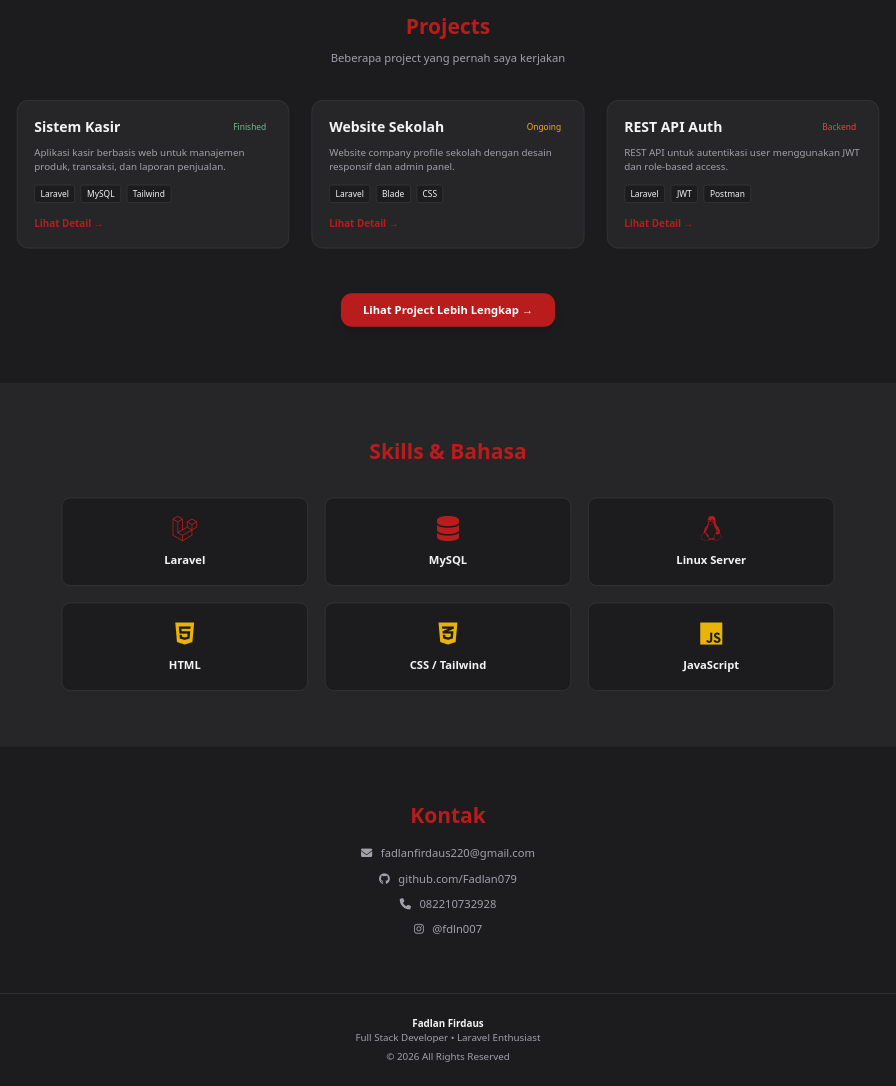
Repository: Fadlan079/Personal-Portfolio
Page: http://localhost/
The author's editor kept a copy of each file at every save. The page is drawn from the files as they stood at one save, then again after the next save.
The browser window is 1280 px wide. The pictures show the part of the page from y = 1627 to 3547 px (the page is 3179 px tall before and 3547 px after), at 70% of full size.
Some web libraries are served in a nearby version. The page is served by the project's Laravel application, run on PHP 8.4 with Laravel 12.

Above is the page before, as saved 2026-01-14 14:25:43.

After the next save:
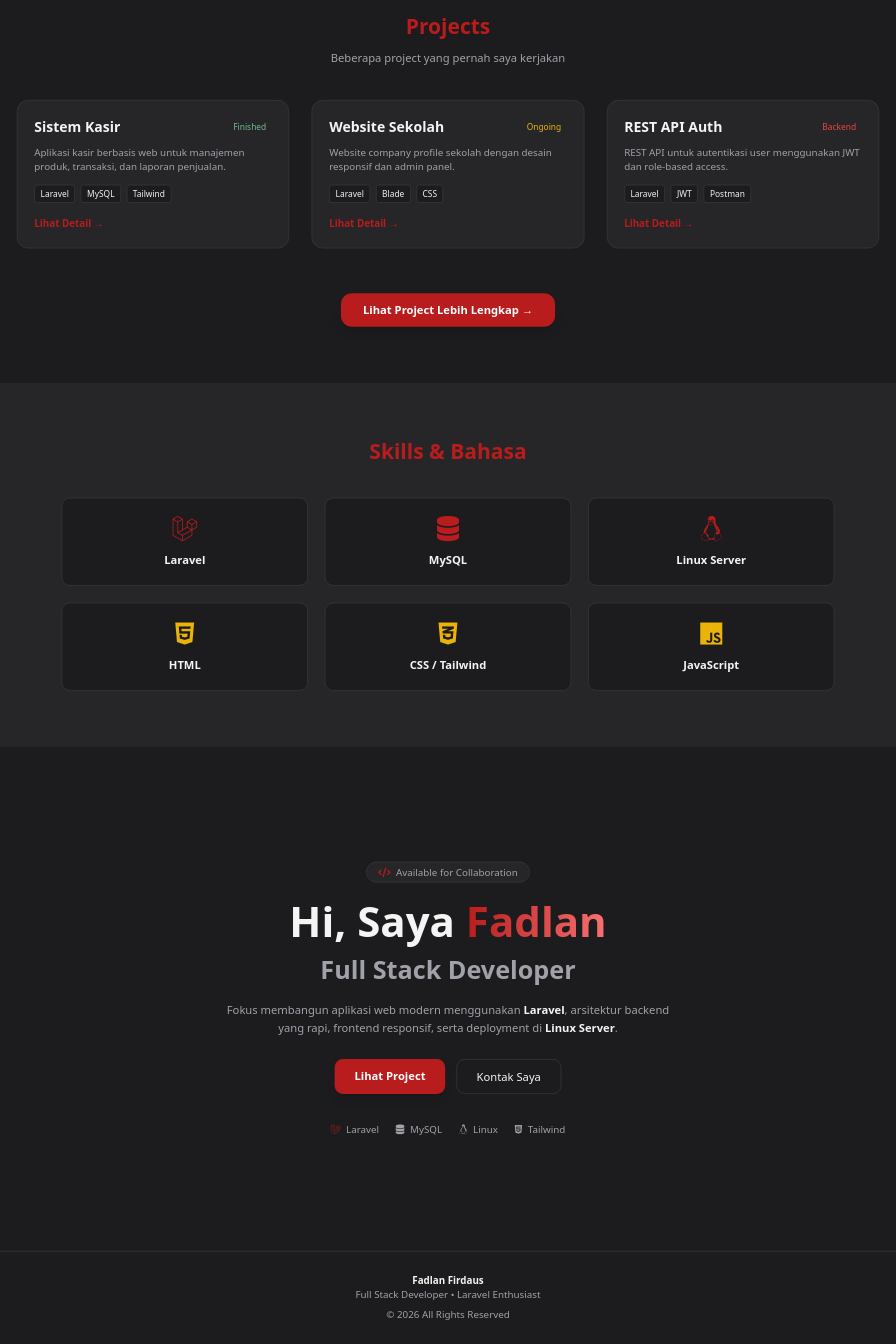
Saved 106 s later.
--- a/resources/views/portofolio.blade.php
+++ b/resources/views/portofolio.blade.php
@@ -336,18 +336,88 @@
   </div>
 </section>
 
-<!-- Contact -->
-<section id="contact" class="py-20">
-  <div class="max-w-xl mx-auto px-6 text-center">
-    <h3 class="text-3xl font-bold mb-6 text-primary">Kontak</h3>
-    <div class="space-y-3 text-muted">
-      <p><i class="fa-solid fa-envelope mr-2"></i> fadlanfirdaus220@gmail.com</p>
-      <p><i class="fa-brands fa-github mr-2"></i> github.com/Fadlan079</p>
-      <p><i class="fa-solid fa-phone mr-2"></i> 082210732928</p>
-      <p><i class="fa-brands fa-instagram mr-2"></i> @fdln007</p>
-    </div>
-  </div>
-</section>
+<!-- Hero -->
+<section
+  id="home"
+  class="relative min-h-screen flex items-center justify-center px-6 overflow-hidden"
+>
+  <!-- Glow Background -->
+  <div class="absolute inset-0 -z-10">
+    <div class="absolute top-1/4 left-1/2 -translate-x-1/2 w-[500px] h-[500px]
+                bg-primary/20 blur-[120px] rounded-full"></div>
+  </div>
+
+  <div class="text-center max-w-3xl">
+    <!-- Badge -->
+    <span
+      class="inline-flex items-center gap-2 px-4 py-1 mb-6
+             rounded-full border border-border bg-surface text-sm text-muted"
+    >
+      <i class="fa-solid fa-code text-primary"></i>
+      Available for Collaboration
+    </span>
+
+    <!-- Title -->
+    <h2 class="text-4xl md:text-6xl font-extrabold mb-6 leading-tight">
+      Hi, Saya
+      <span
+        class="bg-gradient-to-r from-primary to-red-400
+               bg-clip-text text-transparent"
+      >
+        Fadlan
+      </span>
+      <br />
+      <span class="text-3xl md:text-4xl text-muted font-semibold">
+        Full Stack Developer
+      </span>
+    </h2>
+
+    <!-- Description -->
+    <p class="text-muted max-w-2xl mx-auto mb-8 leading-relaxed">
+      Fokus membangun aplikasi web modern menggunakan
+      <strong class="text-text">Laravel</strong>,
+      arsitektur backend yang rapi, frontend responsif,
+      serta deployment di
+      <strong class="text-text">Linux Server</strong>.
+    </p>
+
+    <!-- CTA -->
+    <div class="flex justify-center gap-4 flex-wrap">
+      <a
+        href="#projects"
+        class="px-7 py-3 rounded-xl bg-primary text-white font-semibold
+               hover:opacity-90 transition shadow-lg shadow-primary/30"
+      >
+        Lihat Project
+      </a>
+
+      <a
+        href="#contact"
+        class="px-7 py-3 rounded-xl border border-border
+               hover:border-primary hover:text-primary transition"
+      >
+        Kontak Saya
+      </a>
+    </div>
+
+    <!-- Tech Stack -->
+    <div class="mt-10 flex justify-center gap-6 text-muted text-sm flex-wrap">
+      <span class="flex items-center gap-2">
+        <i class="fa-brands fa-laravel text-primary"></i> Laravel
+      </span>
+      <span class="flex items-center gap-2">
+        <i class="fa-solid fa-database"></i> MySQL
+      </span>
+      <span class="flex items-center gap-2">
+        <i class="fa-brands fa-linux"></i> Linux
+      </span>
+      <span class="flex items-center gap-2">
+        <i class="fa-brands fa-html5"></i> Tailwind
+      </span>
+    </div>
+  </div>
+</section>
+
 
 <!-- Footer -->
 <footer class="py-8 border-t border-border text-center text-muted text-sm">

After the save that followed:
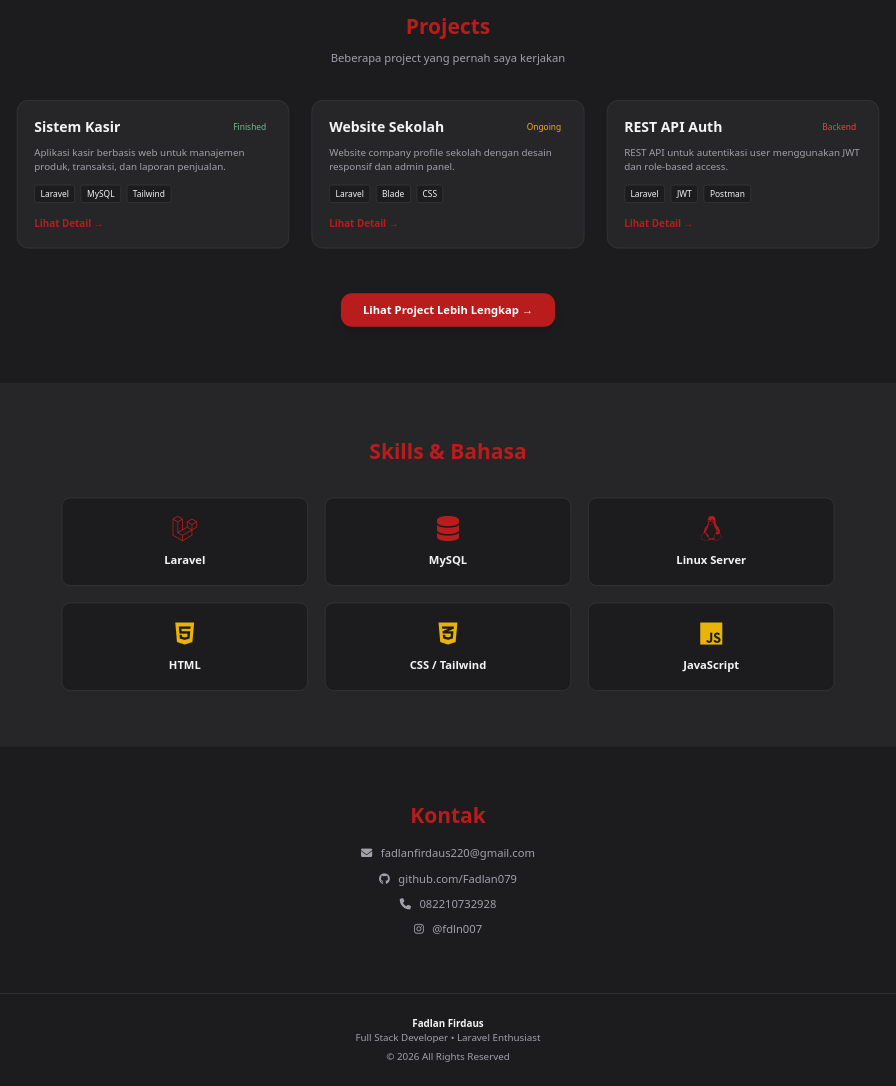
Saved 7 s later.
--- a/resources/views/portofolio.blade.php
+++ b/resources/views/portofolio.blade.php
@@ -336,88 +336,18 @@
   </div>
 </section>
 
-<!-- Hero -->
-<section
-  id="home"
-  class="relative min-h-screen flex items-center justify-center px-6 overflow-hidden"
->
-  <!-- Glow Background -->
-  <div class="absolute inset-0 -z-10">
-    <div class="absolute top-1/4 left-1/2 -translate-x-1/2 w-[500px] h-[500px]
-                bg-primary/20 blur-[120px] rounded-full"></div>
-  </div>
-
-  <div class="text-center max-w-3xl">
-    <!-- Badge -->
-    <span
-      class="inline-flex items-center gap-2 px-4 py-1 mb-6
-             rounded-full border border-border bg-surface text-sm text-muted"
-    >
-      <i class="fa-solid fa-code text-primary"></i>
-      Available for Collaboration
-    </span>
-
-    <!-- Title -->
-    <h2 class="text-4xl md:text-6xl font-extrabold mb-6 leading-tight">
-      Hi, Saya
-      <span
-        class="bg-gradient-to-r from-primary to-red-400
-               bg-clip-text text-transparent"
-      >
-        Fadlan
-      </span>
-      <br />
-      <span class="text-3xl md:text-4xl text-muted font-semibold">
-        Full Stack Developer
-      </span>
-    </h2>
-
-    <!-- Description -->
-    <p class="text-muted max-w-2xl mx-auto mb-8 leading-relaxed">
-      Fokus membangun aplikasi web modern menggunakan
-      <strong class="text-text">Laravel</strong>,
-      arsitektur backend yang rapi, frontend responsif,
-      serta deployment di
-      <strong class="text-text">Linux Server</strong>.
-    </p>
-
-    <!-- CTA -->
-    <div class="flex justify-center gap-4 flex-wrap">
-      <a
-        href="#projects"
-        class="px-7 py-3 rounded-xl bg-primary text-white font-semibold
-               hover:opacity-90 transition shadow-lg shadow-primary/30"
-      >
-        Lihat Project
-      </a>
-
-      <a
-        href="#contact"
-        class="px-7 py-3 rounded-xl border border-border
-               hover:border-primary hover:text-primary transition"
-      >
-        Kontak Saya
-      </a>
-    </div>
-
-    <!-- Tech Stack -->
-    <div class="mt-10 flex justify-center gap-6 text-muted text-sm flex-wrap">
-      <span class="flex items-center gap-2">
-        <i class="fa-brands fa-laravel text-primary"></i> Laravel
-      </span>
-      <span class="flex items-center gap-2">
-        <i class="fa-solid fa-database"></i> MySQL
-      </span>
-      <span class="flex items-center gap-2">
-        <i class="fa-brands fa-linux"></i> Linux
-      </span>
-      <span class="flex items-center gap-2">
-        <i class="fa-brands fa-html5"></i> Tailwind
-      </span>
-    </div>
-  </div>
-</section>
-
+<!-- Contact -->
+<section id="contact" class="py-20">
+  <div class="max-w-xl mx-auto px-6 text-center">
+    <h3 class="text-3xl font-bold mb-6 text-primary">Kontak</h3>
+    <div class="space-y-3 text-muted">
+      <p><i class="fa-solid fa-envelope mr-2"></i> fadlanfirdaus220@gmail.com</p>
+      <p><i class="fa-brands fa-github mr-2"></i> github.com/Fadlan079</p>
+      <p><i class="fa-solid fa-phone mr-2"></i> 082210732928</p>
+      <p><i class="fa-brands fa-instagram mr-2"></i> @fdln007</p>
+    </div>
+  </div>
+</section>
 
 <!-- Footer -->
 <footer class="py-8 border-t border-border text-center text-muted text-sm">
